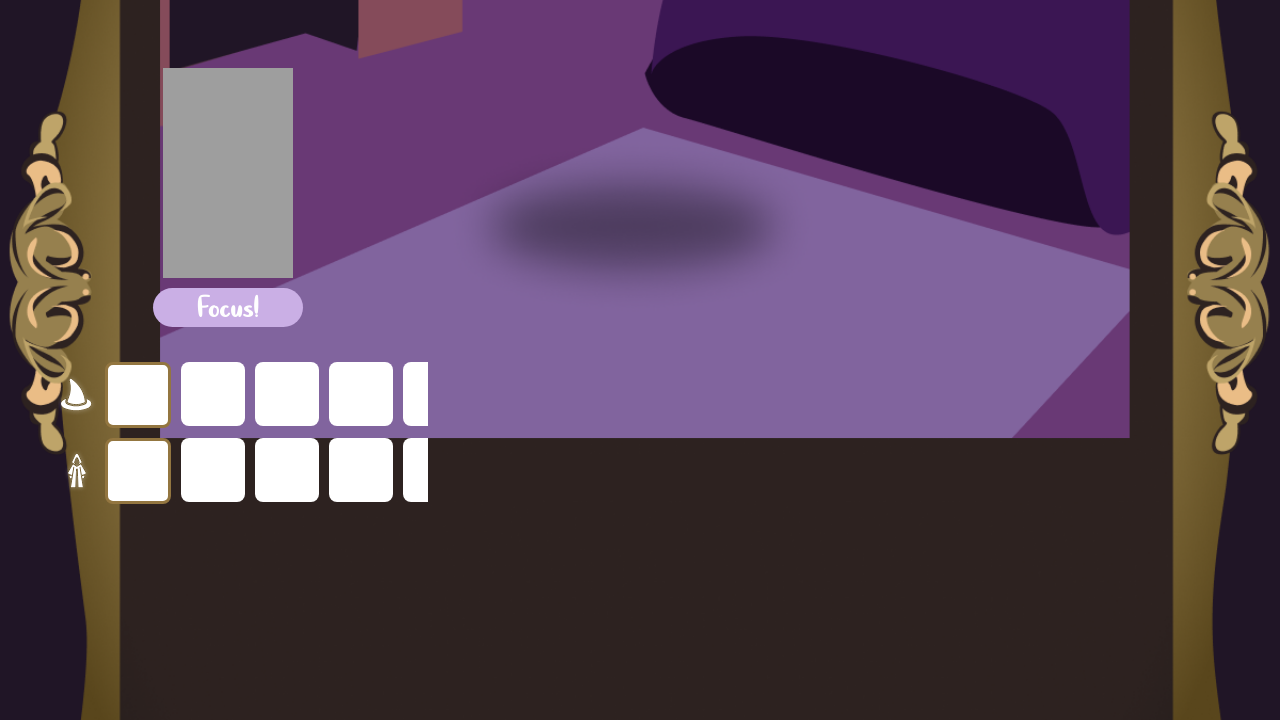
Repository: zhangolivia7/Little-Witch-Alcove
Page: popup.html
The author's editor kept a copy of each file at every save. The page is drawn from the files as they stood at one save, then again after the next save.
The browser window is 1280 px wide. The pictures show the whole page.
Pictures or frames that could not be fetched are drawn as grey boxes.

Above is the page before, as saved 2025-11-15 17:04:54.

After the next save:
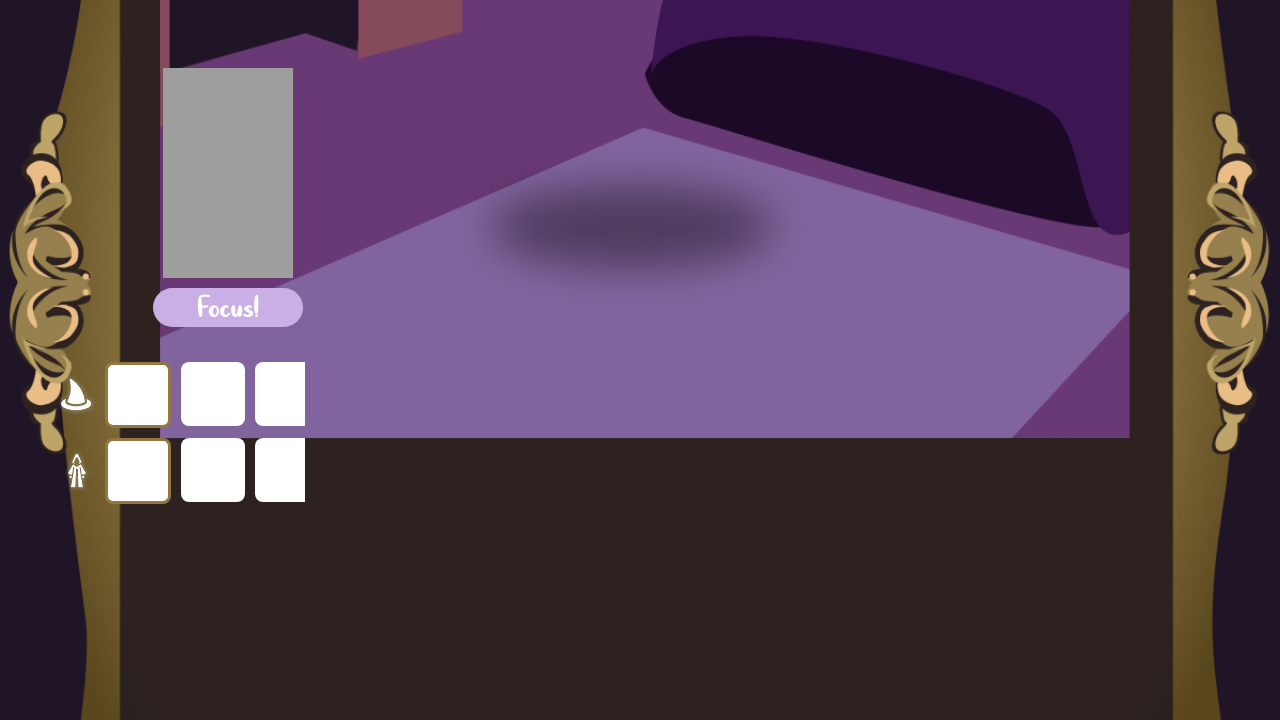
Saved 55 s later.
--- a/popup.css
+++ b/popup.css
@@ -67,7 +67,7 @@ body {
     overflow-x: auto;
     overflow-y: hidden;
     flex: 1;
-    padding-right: 60px;
+    max-width: 200px;
     scrollbar-width: none;
     -ms-overflow-style: none;
   }
